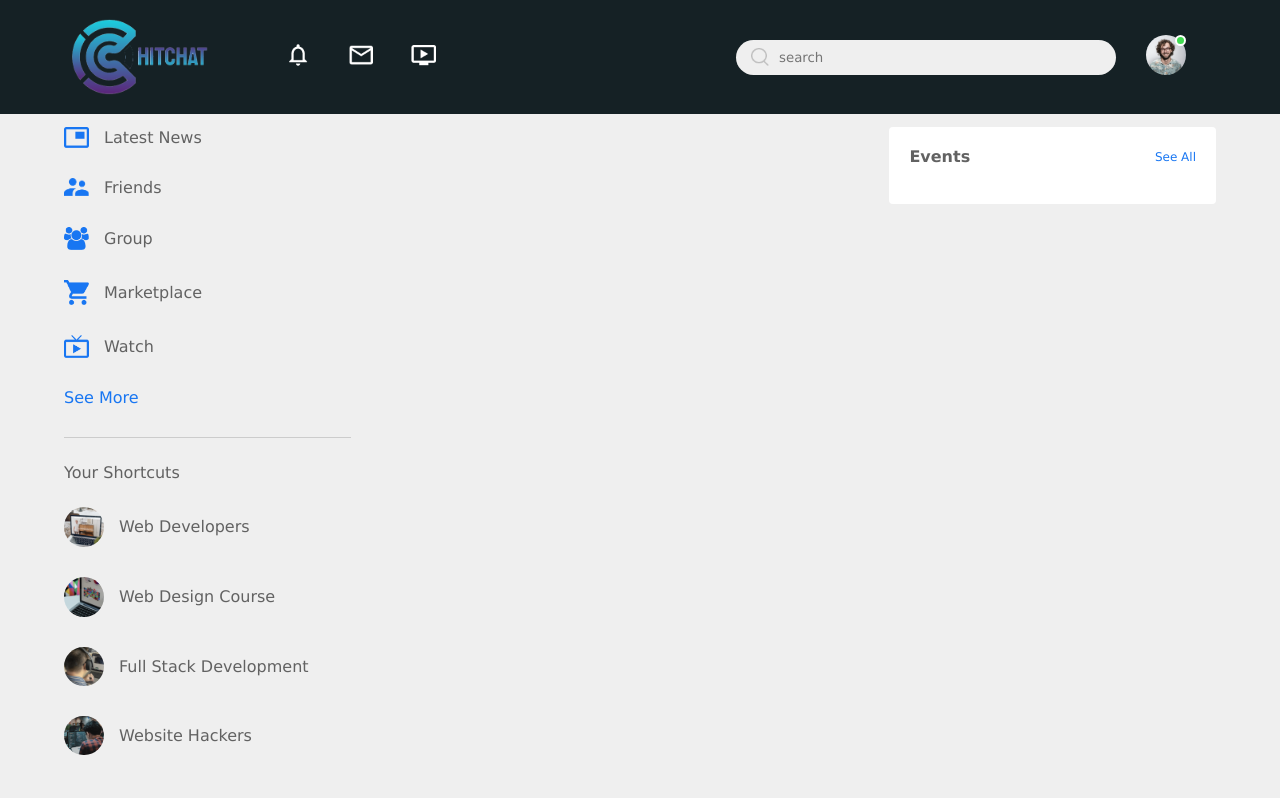
Repository: omarhasnain/ChitChat
Page: index.html
An editor plug-in stored every save of this project. The page is shown before and after the next save, followed by the edit.
The browser window is 1280 px wide. The pictures show the whole page.

Above is the page before, as saved 2021-07-11 16:49:39.

### index.html
<!DOCTYPE html>
<html lang="en">

<head>
    <meta charset="UTF-8">
    <meta http-equiv="X-UA-Compatible" content="IE=edge">
    <meta name="viewport" content="width=device-width, initial-scale=1.0">
    <title>ChitChat</title>
    <link rel="stylesheet" href="style.css">
</head>

<body>
    <nav>
        <div class="nav-left">
            <img src="images/logo4.png" alt="logo" class="logo">
            <ul>
                <li><img src="images/notification.png" alt="" class=""></li>
                <li><img src="images/inbox.png" alt="" class=""></li>
                <li><img src="images/video.png" alt="" class=""></li>
            </ul>
        </div>
        <div class="nav-right">
            <div class="search-box">
                <img src="images/search.png" alt="">
                <input type="text" placeholder="search">
            </div>
            <div class="nav-user-icon online">
                <img src="images/profile-pic.png" alt="">
            </div>
        </div>
    </nav>
    <div class="container">
        <!---- Left sidebar --->
        <div class="left-sidebar">
            <div class="important-links">
                <a href="#"><img src="images/news.png" alt="news">Latest News</a>
                <a href="#"><img src="images/friends.png">Friends</a>
                <a href="#"><img src="images/group.png">Group</a>
                <a href="#"><img src="images/marketplace.png">Marketplace</a>
                <a href="#"><img src="images/watch.png">Watch</a>
                <a href="#">See More</a>
            </div>
            <div class="shortcut-links">
                <p>Your Shortcuts</p>
                <a href="#"><img src="images/shortcut-1.png" alt="">Web Developers</a>
                <a href="#"><img src="images/shortcut-2.png" alt="">Web Design Course</a>
                <a href="#"><img src="images/shortcut-3.png" alt="">Full Stack Development</a>
                <a href="#"><img src="images/shortcut-4.png" alt="">Website Hackers</a>
            </div>
        </div>
        <!---- Main Content --->
        <div class="main-content"></div>
        <!---- Right sidebar --->
        <div class="right-sidebar">
            <div class="sidebar-title">
                <h4>Events</h4>
                <a href="#">See All</a>
            </div>
        </div>
    </div>
</body>

</html>

### style.css
* {
    margin: 0;
    padding: 0;
    font-family: Verdana;
}

body {
    background-color: #efefef;
}

nav {
    display: flex;
    align-items: center;
    justify-content: space-between;
    background: rgb(21, 33, 37);
    padding: 5px 5%;
    position: sticky;
    top: 0;
    z-index: 100;
}

.logo {
    width: 160px;
    margin-right: 45px;
}

.nav-left,
.nav-right {
    display: flex;
    align-items: center;
}

.nav-left ul li {
    list-style: none;
    display: inline-block;
}

.nav-left ul li img {
    width: 28px;
    margin: 0 15px;
    cursor: pointer;
}

.nav-user-icon img {
    width: 40px;
    border-radius: 50%;
    cursor: pointer;
}

.nav-user-icon {
    margin: 30px;
}

.search-box {
    background: #efefef;
    width: 350px;
    border-radius: 20px;
    display: flex;
    align-items: center;
    padding: 0 15px;
}

.search-box img {
    width: 18px;
    cursor: pointer;
}

.search-box input {
    background: transparent;
    width: 100%;
    border: 0;
    display: flex;
    align-items: center;
    padding: 10px;
    outline: none;
}

.online {
    position: relative;
}

.online::after {
    content: '';
    width: 7px;
    height: 7px;
    border: 2px solid #fff;
    border-radius: 50%;
    background: #41db51;
    position: absolute;
    top: 0;
    right: 0;
}

.container {
    display: flex;
    justify-content: space-between;
    padding: 13px 5%;
}

.left-sidebar {
    flex-basis: 25%;
    position: sticky;
    top: 70px;
    align-self: flex-start;
}

.right-sidebar {
    flex-basis: 25%;
    position: sticky;
    top: 70px;
    align-self: flex-start;
    background: #fff;
    padding: 20px;
    border-radius: 4px;
    color: #626262;
}

.main-content {
    flex-basis: 47%;
}

.important-links a,
.shortcut-links a {
    text-decoration: none;
    display: flex;
    align-items: center;
    margin-bottom: 30px;
    color: #626262;
    width: fit-content;
}

.important-links a img {
    width: 25px;
    margin-right: 15px;
}

.important-links a:last-child {
    color: #1876f2;
}

.important-links {
    border-bottom: 1px solid #ccc;
}

.shortcut-links a img {
    width: 40px;
    border-radius: 30px;
    margin-right: 15px;
}

.shortcut-links p {
    margin: 25px 0;
    color: #626262;
    font-weight: 500;
}

.sidebar-title {
    display: flex;
    align-items: center;
    justify-content: space-between;
    margin-bottom: 18px;
}

.sidebar-title h4 {
    font-weight: 600;
    font-size: 16px;
}

.sidebar-title a {
    text-decoration: none;
    color: #1876f2;
    font-size: 12px;
}

After the next save:
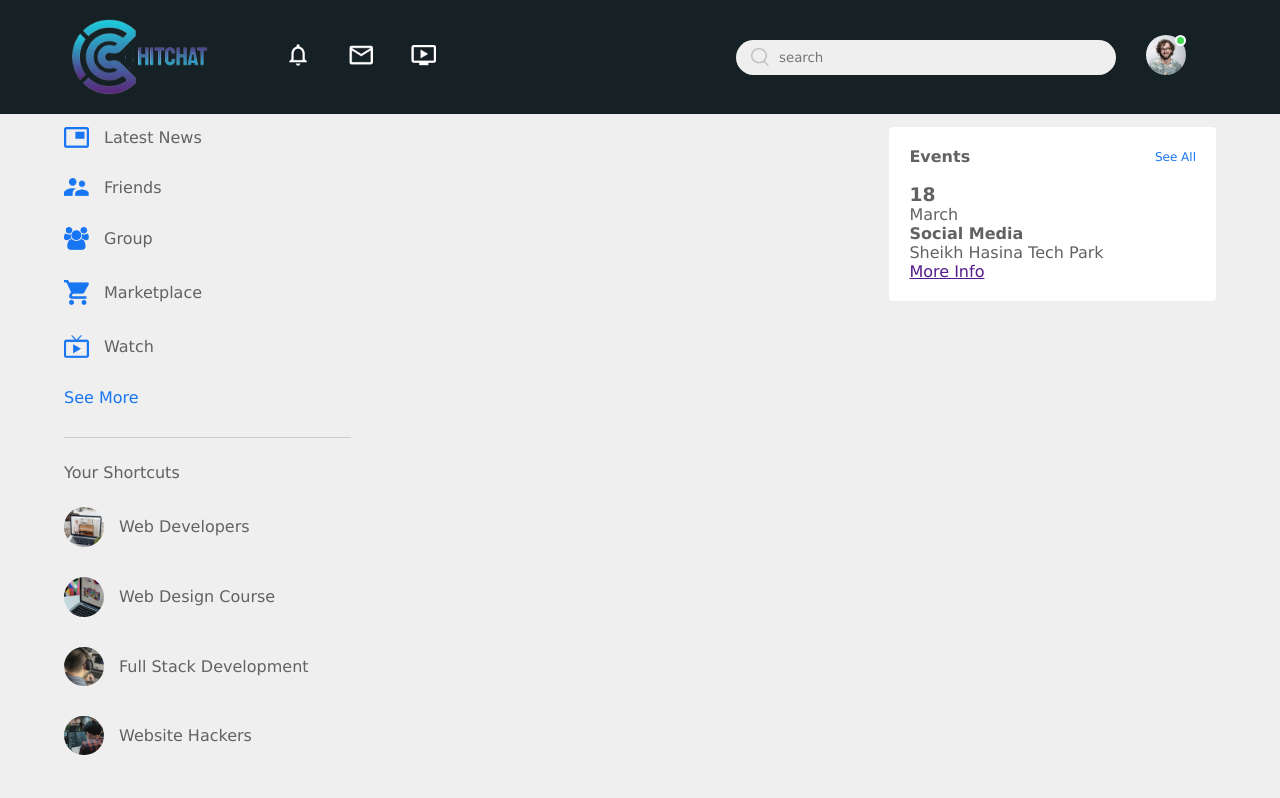
Saved 2 min 37 s later.
--- a/index.html
+++ b/index.html
@@ -56,6 +56,17 @@
                 <h4>Events</h4>
                 <a href="#">See All</a>
             </div>
+            <div class="event">
+                <div class="left-event">
+                    <h3>18</h3>
+                    <span>March</span>
+                </div>
+                <div class="right-event">
+                    <h4>Social Media</h4>
+                    <p>Sheikh Hasina Tech Park</p>
+                    <a href="">More Info</a>
+                </div>
+            </div>
         </div>
     </div>
 </body>
